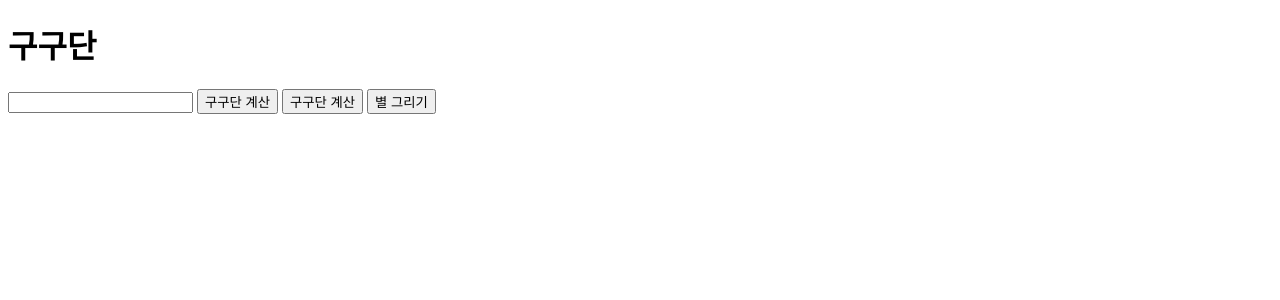
Repository: XenosJM/WEB_CODES
Page: Web03_JavaScript/src/main/webapp/homework/HW01_nonReport.html
An editor plug-in stored every save of this project. The page is shown before and after the next save, followed by the edit.
The browser window is 1280 px wide. The pictures show the whole page.

Above is the page before, as saved 2024-03-20 08:01:41.
Console error: SyntaxError: Invalid left-hand side in assignment

After the next save:
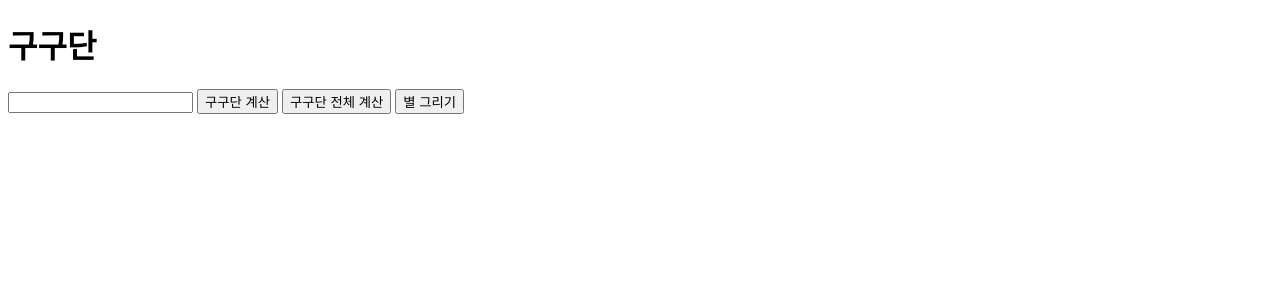
Saved 6 s later.
--- a/Web03_JavaScript/src/main/webapp/homework/HW01_nonReport.html
+++ b/Web03_JavaScript/src/main/webapp/homework/HW01_nonReport.html
@@ -8,7 +8,7 @@
 	<h1>구구단</h1>
 	<input type="number" id="intNum">
 	<button onclick="multi()">구구단 계산</button>
-	<button onclick="multiAll()">구구단 계산</button>
+	<button onclick="multiAll()">구구단 전체 계산</button>
 	<button onclick="paintStar()">별 그리기</button>
 	<div id="output"></div>
 	<script type="text/javascript">
